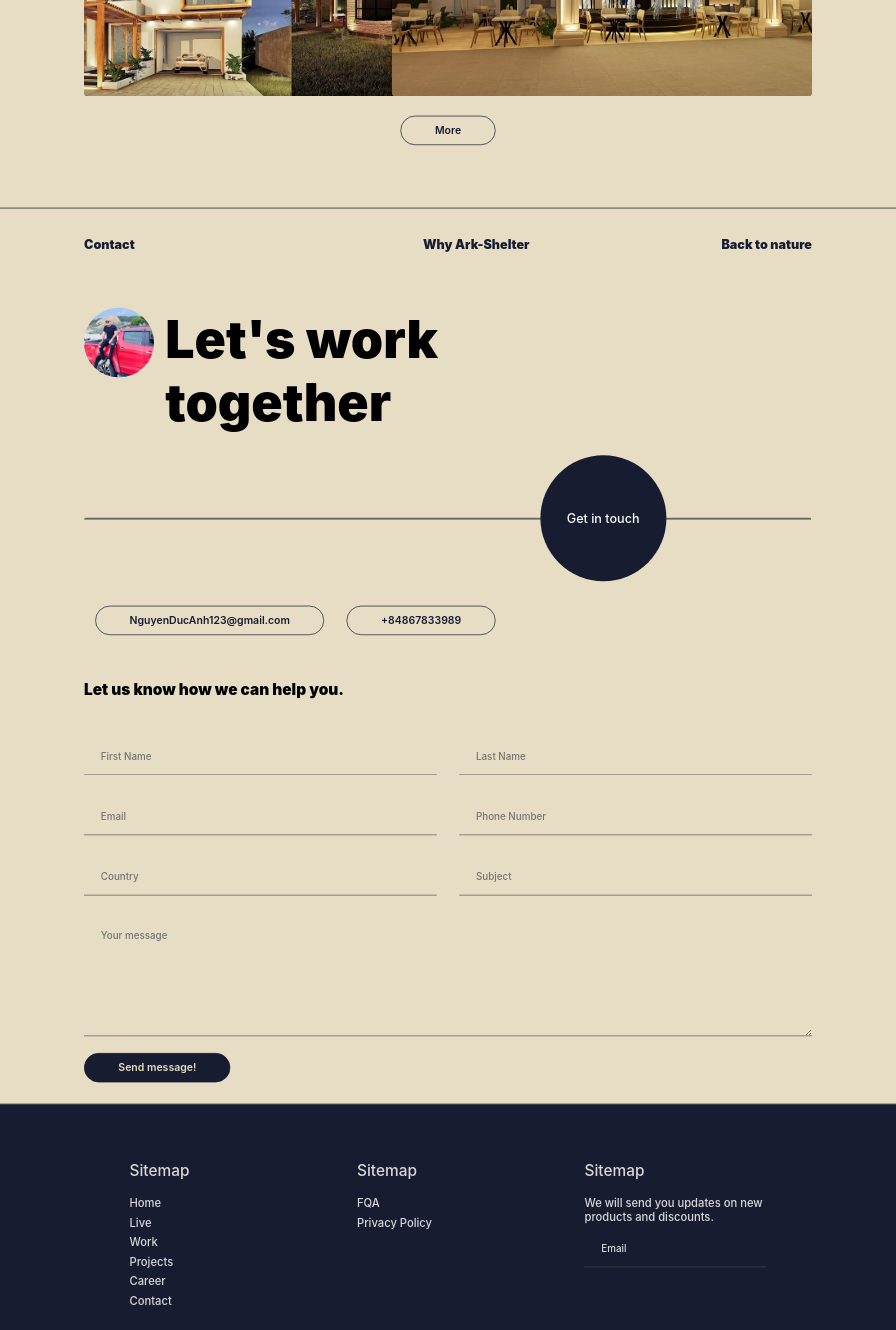
Repository: Ethanxcode/DucAnhNguyen
Page: index.html
The author's editor kept a copy of each file at every save. The page is drawn from the files as they stood at one save, then again after the next save.
The browser window is 1280 px wide. The pictures show the part of the page from y = 3046 to 4946 px (the page is 5343 px tall), at 70% of full size.
Pictures or frames that could not be fetched are drawn as grey boxes.

Above is the page before, as saved 2023-01-30 16:29:23.

After the next save:
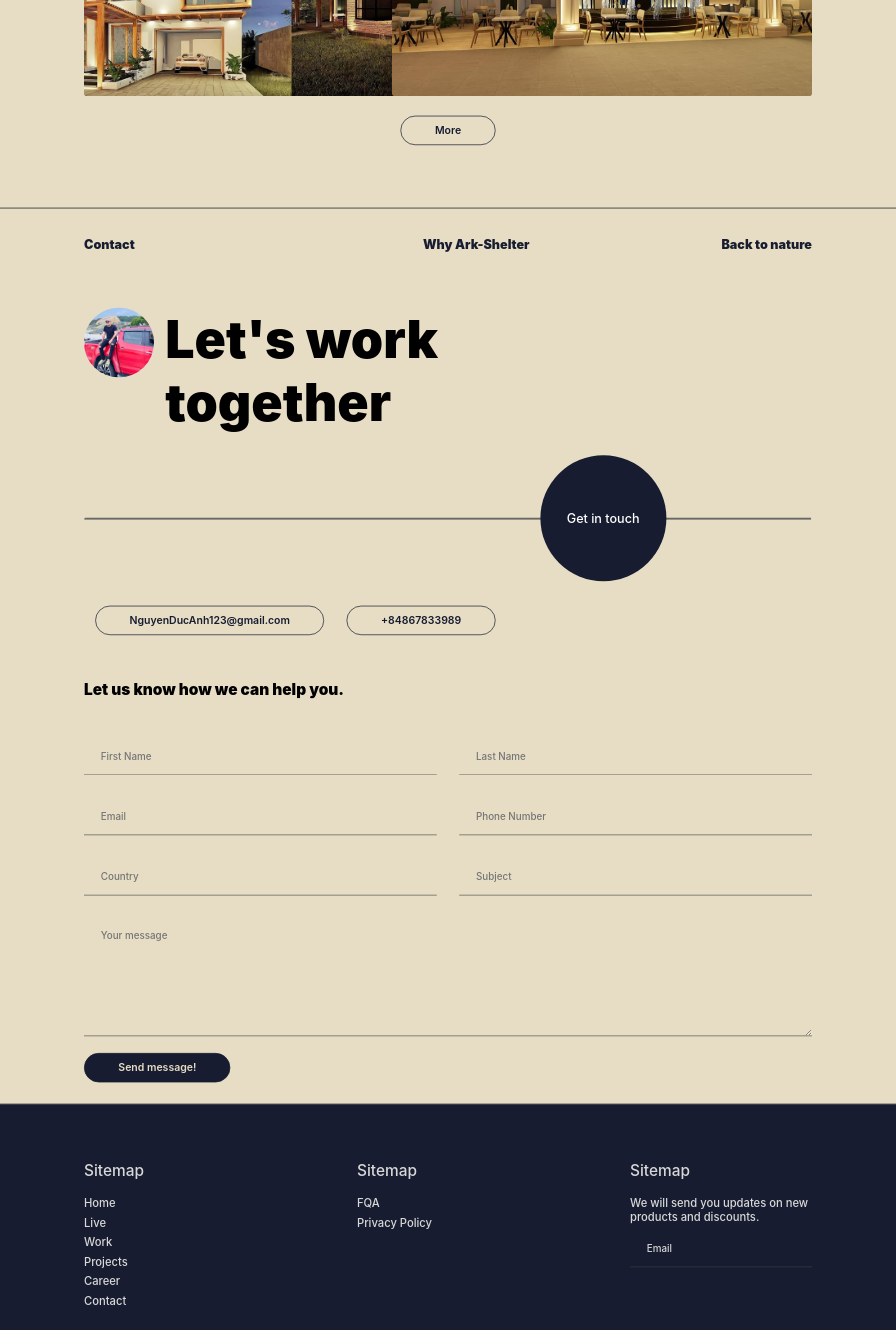
Saved 20 s later.
--- a/index.html
+++ b/index.html
@@ -304,7 +304,7 @@
 
 	<footer class="FooterSection ">
 		<section class="container">
-				<div class="row footerContent" style="display: flex; justify-content: space-evenly;">
+				<div class="row footerContent" style="display: flex; justify-content: space-between;">
 			<div class="col-four subFooterContent">
 				<h4 class=" margin-bottom-24px">Sitemap</h4>
 				<ul>
